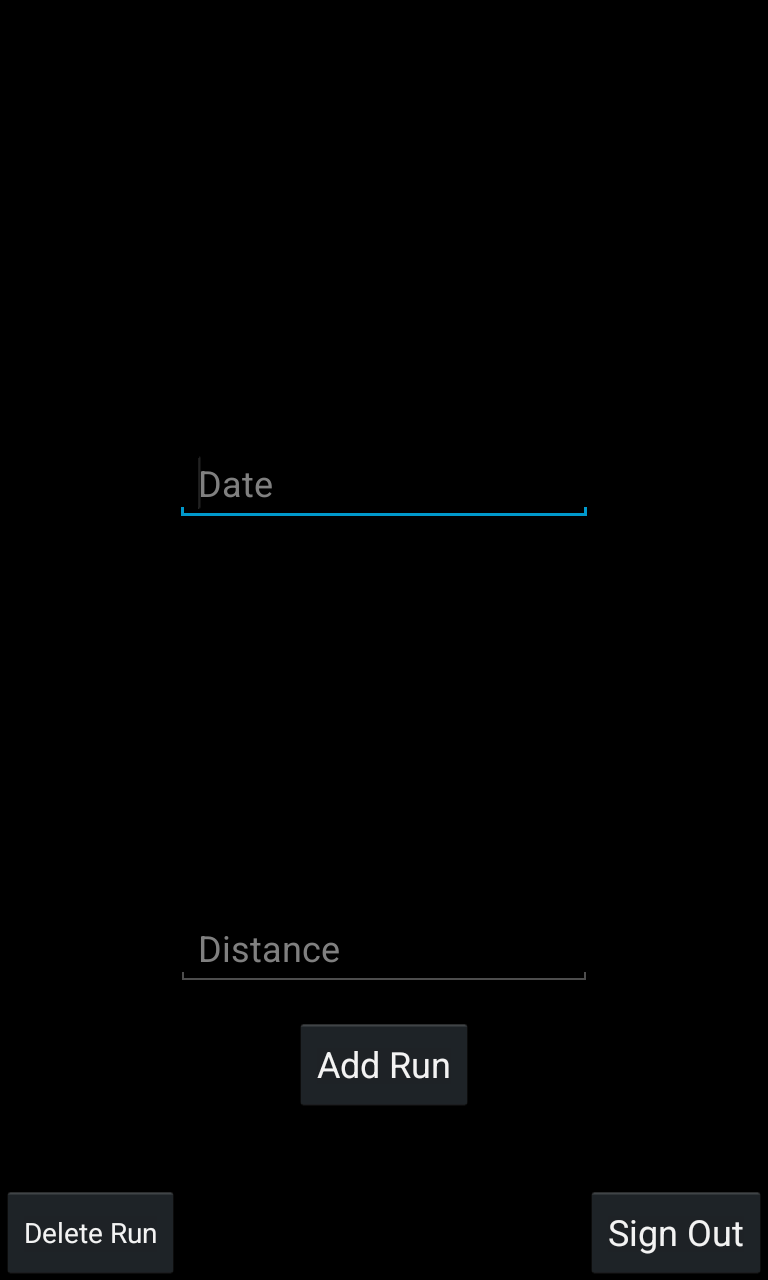
Repository: arianaantonio/CPMD
Layout: ContactsAppAndroid/res/layout/contacts_layout.xml
These files come from the project's save history. The layout is drawn as it stood at one moment and after the next save; the edit follows.
It is drawn on a 768 x 1280 px phone screen (xhdpi) without system bars, with theme android:Theme.Holo; the app's code is not run. Lists and similar views that code fills are empty.

Above is the layout before, as saved 2014-10-30 10:43:05.

### ContactsAppAndroid/res/layout/contacts_layout.xml
<?xml version="1.0" encoding="utf-8"?>
<RelativeLayout xmlns:android="http://schemas.android.com/apk/res/android"
    xmlns:tools="http://schemas.android.com/tools"
    android:layout_width="match_parent"
    android:layout_height="match_parent"
    android:orientation="vertical"
    tools:context="com.parse.starter.ContactsActivity" >

    <ListView
        android:id="@+id/listView1"
        android:layout_width="match_parent"
        android:layout_height="200dp"
        android:layout_alignParentTop="true"
        android:layout_centerHorizontal="true"
        android:layout_marginTop="22dp" >
    </ListView>

    <Button
        android:id="@+id/deleteButton"
        style="?android:attr/buttonStyleSmall"
        android:layout_width="wrap_content"
        android:layout_height="wrap_content"
        android:layout_alignParentBottom="true"
        android:layout_alignParentLeft="true"
        android:text="@string/delete" />

    <EditText
        android:id="@+id/editText1"
        android:layout_width="wrap_content"
        android:layout_height="wrap_content"
        android:layout_below="@+id/listView1"
        android:layout_centerHorizontal="true"
        android:ems="10"
        android:hint="@string/date"
        android:inputType="date" >

        <requestFocus />
    </EditText>

    <EditText
        android:id="@+id/editText2"
        android:layout_width="wrap_content"
        android:layout_height="wrap_content"
        android:layout_above="@+id/addButton"
        android:layout_alignRight="@+id/editText1"
        android:layout_marginBottom="14dp"
        android:ems="10"
        android:hint="@string/distance"
        android:inputType="numberDecimal" />

    <Button
        android:id="@+id/addButton"
        android:layout_width="wrap_content"
        android:layout_height="wrap_content"
        android:layout_above="@+id/deleteButton"
        android:layout_centerHorizontal="true"
        android:layout_marginBottom="36dp"
        android:text="@string/add" />

    <Button
        android:id="@+id/signoutButton"
        android:layout_width="wrap_content"
        android:layout_height="wrap_content"
        android:layout_alignParentBottom="true"
        android:layout_alignParentRight="true"
        android:text="@string/signOut" />

</RelativeLayout>

### ContactsAppAndroid/res/values/strings.xml
<?xml version="1.0" encoding="utf-8"?>
<resources>
    <string name="hello">Hello World, ParseStarterProjectActivity!</string>
    <string name="app_name">Run Log</string>
    <string name="login">Log In</string>
    <string name="signup">Sign Up</string>
    <string name="skip">Skip</string>
    <string name="username">username</string>
    <string name="password">password</string>
    <string name="newUsername">Create Username</string>
    <string name="newPassword">Create Password</string>
    <string name="contacts">Runs</string>
    <string name="date">Date</string>
    <string name="distance">Distance</string>
    <string name="add">Add Run</string>
    <string name="delete">Delete Run</string>
    <string name="signOut">Sign Out</string>

</resources>

After the next save:
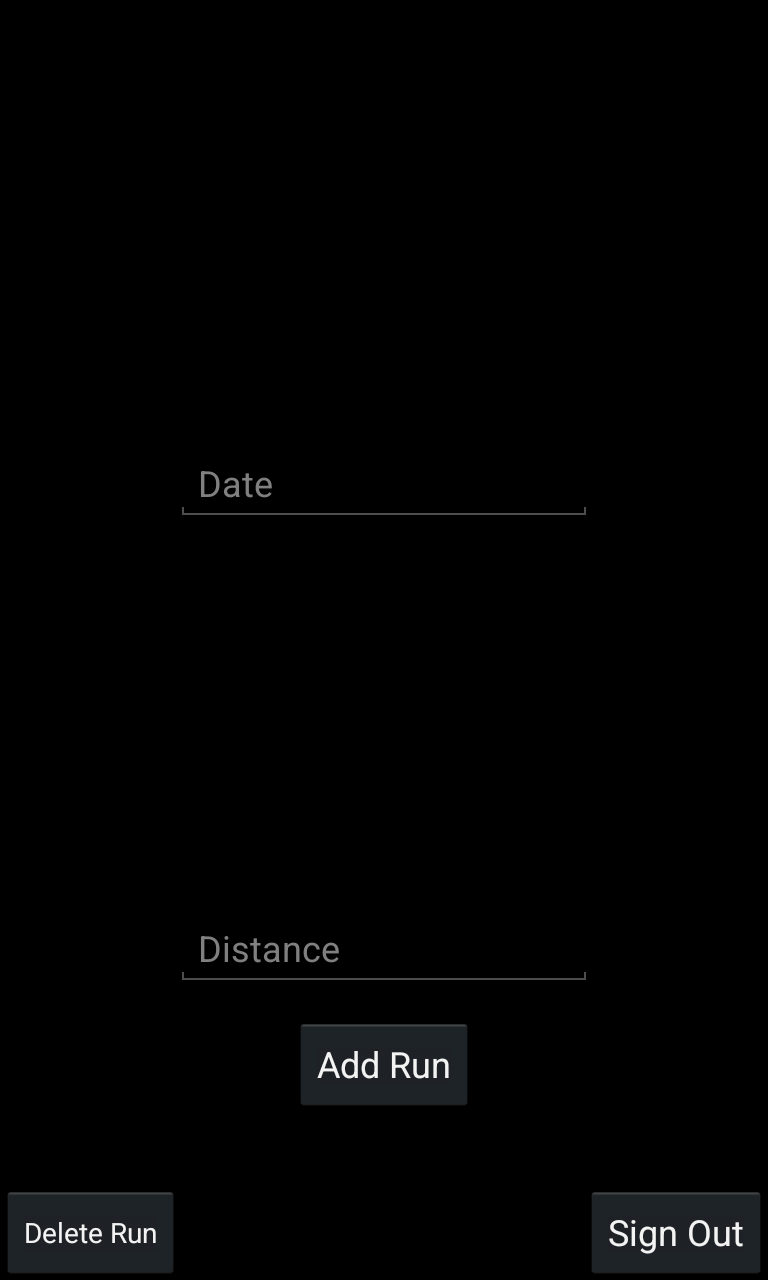
Saved 2 min 36 s later.
--- a/ContactsAppAndroid/res/layout/contacts_layout.xml
+++ b/ContactsAppAndroid/res/layout/contacts_layout.xml
@@ -34,7 +34,7 @@
         android:hint="@string/date"
         android:inputType="date" >
 
-        <requestFocus />
+
     </EditText>
 
     <EditText
